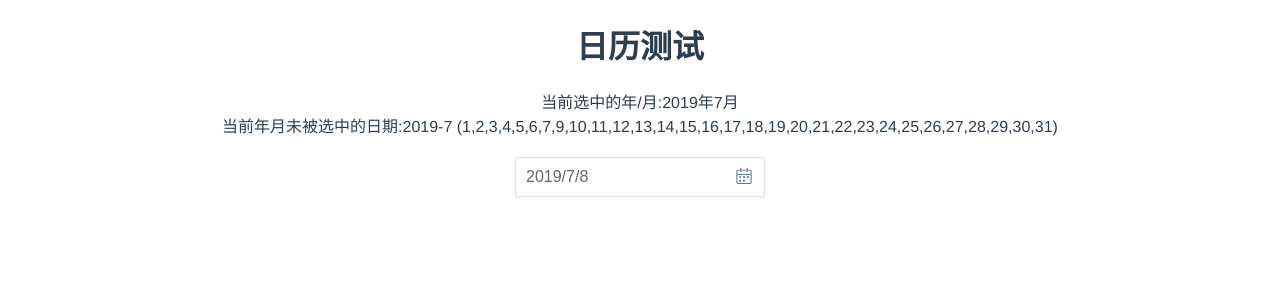
Repository: nyy-2017/vue-calendar
Page: /
These files come from the project's save history. The page is drawn as it stood at one moment and after the next save; the edit follows.
The browser window is 1280 px wide. The pictures show the whole page.
The project was rebuilt for these pictures with package versions that can differ from the ones it lists, and the page was loaded fresh each time. Also part of the build but not shown: src/components/calendar/calendar.js, src/components/calendar/calendar.vue.

Above is the page before, as saved 2019-07-10 12:50:16.

### index.html
<!DOCTYPE html>
<html>
  <head>
    <meta charset="utf-8">
    <meta name="viewport" content="width=device-width,initial-scale=1.0">
    <title>test1</title>
  </head>
  <body>
    <div id="app"></div>
    <!-- built files will be auto injected -->
  </body>
</html>

### src/components/HelloWorld.vue
<template>
  <div class="hello">
     <h1>日历测试</h1>
     <div>当前选中的年/月:{{curYearMonths}}</div>
     <div>当前年月未被选中的日期:{{unSelectDays}}</div>
      <input type="text" @click="openMultiByDrop($event)" v-model="calendar5.display" >
      <transition name="fade">
        <div class="calendar-dropdown" :style="{'left':calendar5.left+'px','top':calendar5.top+'px'}" v-if="calendar5.show">
            <calendar
                :zero="calendar5.zero"
                :disabled="calendar5.disabled"
                :lunar="calendar5.lunar"
                :value="calendar5.value"
                :multi="calendar5.multi"
                @currentYearMon="calendar5.currentYearMon"
                @next="calendar5.nextMonth"
                @prev="calendar5.prevMonth"
                @select="calendar5.select"></calendar>
        </div>
      </transition>
  </div>
</template>

<script>
import calendar from '@/components/calendar/calendar.vue'

export default {
    name: 'app',
    components: {
        calendar
    },
    data(){
        return {
            unSelectDays: '',
            curYearMonths:'',
            // 多选
            calendar5:{
                display:"2019/7/8,2019/7/9",
                multi:true,
                show:false,
                zero:true,
                value:[[2019,7,8],[2019,7,9]], //默认日期
                disabled:[[2017,12,24],[2017,12,25]], //默认日期
                lunar:true, //显示农历
                select:(value)=>{

                    let displayValue=[]
                    if (value.length > 0) {

                        value.forEach(v=>{
                            displayValue.push(v[0]+"/"+(v[1])+"/"+v[2])
                        })
                    }
                    console.log(displayValue);
                    this.calendar5.display=displayValue.join(",");
                    // this.calendar5.show=false;
                    this.calendar5.value=value;

                },
                currentYearMon:(year,mon)=> {

                    let currSelectDays = this.calendar5.value.filter(v => {
                        return year===v[0]&&mon===v[1]
                    })
                    this.chooseReverse(year, mon, currSelectDays)

                },
                nextMonth: (mon,year)=>{

                },
                prevMonth: (mon,year)=>{

                }
            },
        }
    },
    methods:{
        openMultiByDrop(e){
            this.calendar5.show=true;
            this.calendar5.left=e.target.offsetLeft;
            this.calendar5.top=e.target.offsetTop+50;
            e.stopPropagation();
            window.setTimeout(()=>{
                document.addEventListener("click",(e)=>{
                    this.calendar5.show=false;
                    document.removeEventListener("click",()=>{},false);
                },false);
            },1000)
        },
        //当月反选
        chooseReverse(year, mon, currSelectDays){
            // 获取当前月天数
            let daysCount = new Date(year, mon, 0).getDate()
            var fullMonth = [];
            for(var i= 1; i <= daysCount; i++) {
                let _date = [year, mon, i]
                fullMonth.push(_date)
            }

            // 从当前月去掉当前选中状态的日期
            let reverse = []
            let _fullMonth = []

            fullMonth.map(v =>  _fullMonth.push(v[2]))
            currSelectDays.map(v => {
                _fullMonth.map(full => {
                    if (v[2] === full) {
                       let index = _fullMonth.indexOf(v[2])
                       _fullMonth.splice(index, 1)
                    }
                })
            })
            _fullMonth.map(v => reverse.push([year, mon, v]) )
            if (reverse.length == 0){
                this.unSelectDays= '当月全部都被选中'
            } else {
                let unSelect = [];
                reverse.map(v => unSelect.push(v[2]))
                // 当前年月未被选中日期
                this.unSelectDays = reverse[0][0] + '-' + reverse[0][1]+' (' + unSelect.join(',') + ')';
                //当前年月
                this.curYearMonths = reverse[0][0] + '年' + reverse[0][1] + '月';
                console.log(' this.unSelectDays', this.unSelectDays)
            }

        }

    },
    created() {
        let year = new Date().getFullYear()
        let mon = new Date().getMonth() + 1
        let day = new Date().getDate()
        this.calendar5.value = [[year, mon, day]]
        this.calendar5.display = + year + '/' + mon + '/' + day
        this.calendar5.currentYearMon(year, mon, this.calendar5.value)
    }

}
</script>

<style>
input{
    box-sizing: border-box;
    width:100%;
    width: 250px;
    margin-top:20px;
    border-radius: 2px;
    border:1px solid #dedede;
    padding:10px;
    font-size: 16px;
    background:url(data:[embedded picture, 3866 characters]) no-repeat 220px 10px;
    /* padding-left: 36px; */
    color:#666;
}

/*transition*/
.fade-enter-active,
.fade-leave-active {
    transition: all .5s ease-in-out;
}
.fade-enter,.fade-leave-active{
    opacity: 0;
    transform: translateY(-10px);

}

/*下拉框*/
.calendar-dropdown{
    background: #fff;
    position: absolute;
    left:0;
    top:0;
    padding:20px;
    border: 1px solid #eee;
    border-radius: 2px;
}
.calendar-dropdown:before {
    position: absolute;
    left:30px;
    top: -10px;
    content: "";
    border:5px solid rgba(0, 0, 0, 0);
    border-bottom-color: #DEDEDE;
}
.calendar-dropdown:after {
    position: absolute;
    left:30px;
    top: -9px;
    content: "";
    border:5px solid rgba(0, 0, 0, 0);
    border-bottom-color: #fff;
}

/*弹出框*/
.calendar-dialog{
    position: absolute;
    left:0;
    top:0;
    right:0;
    bottom:0;
}

.calendar-dialog-mask{
    background:rgba(255,255,255,.5);
    width:100%;
    height:100%;
}

.calendar-dialog-body{
    background: #fff;
    position: absolute;
    left:50%;
    top:50%;
    transform: translate(-50%,-50%);
    padding:20px;
    border: 1px solid #eee;
    border-radius: 2px;
}
</style>

Loaded but not shown: src/main.js (common file); src/App.vue (common file); src/router/index.js (common file)

After the next save:
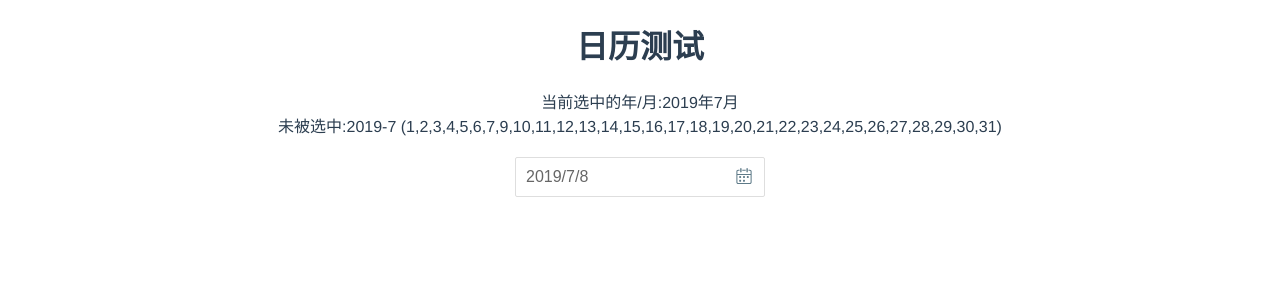
Saved 15 min 49 s later.
--- a/src/components/HelloWorld.vue
+++ b/src/components/HelloWorld.vue
@@ -2,7 +2,7 @@
   <div class="hello">
      <h1>日历测试</h1>
      <div>当前选中的年/月:{{curYearMonths}}</div>
-     <div>当前年月未被选中的日期:{{unSelectDays}}</div>
+     <div>未被选中:{{unSelectDays}}</div>
       <input type="text" @click="openMultiByDrop($event)" v-model="calendar5.display" >
       <transition name="fade">
         <div class="calendar-dropdown" :style="{'left':calendar5.left+'px','top':calendar5.top+'px'}" v-if="calendar5.show">
